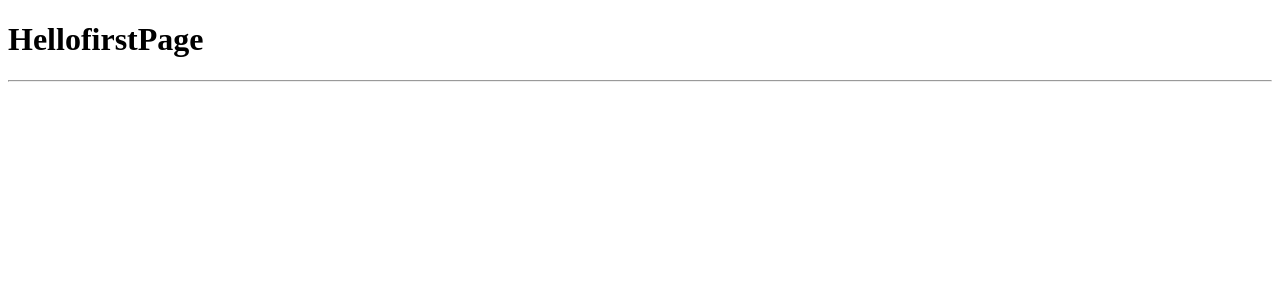
Repository: papepopopy/javascript
Page: jspStudy/jspStudy/webjsp/src/main/webapp/HellofirstPage.html
An editor plug-in stored every save of this project. The page is shown before and after a run of saves, followed by the edit.
The browser window is 1280 px wide. The pictures show the whole page.

Above is the page before, as saved 2024-06-26 01:53:14.

After the next 2 saves:
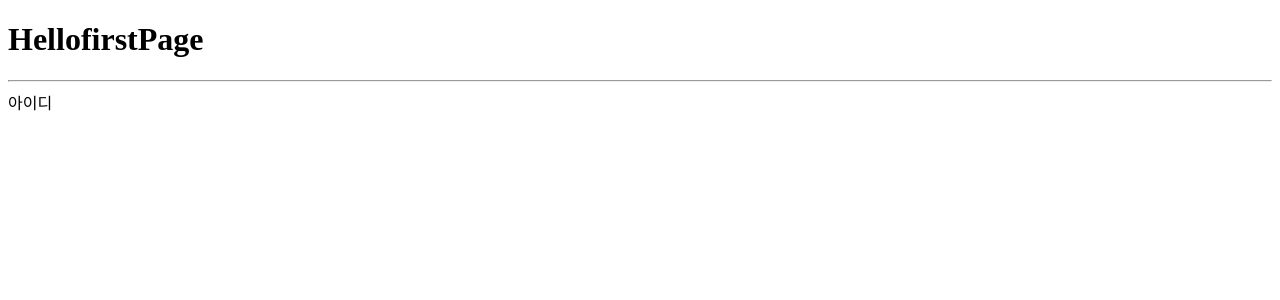
The 2 saves are shown as one change because they came seconds apart.
The last was saved 9 s later.
--- a/jspStudy/jspStudy/webjsp/src/main/webapp/HellofirstPage.html
+++ b/jspStudy/jspStudy/webjsp/src/main/webapp/HellofirstPage.html
@@ -9,7 +9,7 @@
     <h1>HellofirstPage</h1>
     <hr>
     <form>
-
+    	<label>아이디</label>
     </form>
 </body>
 </html>
